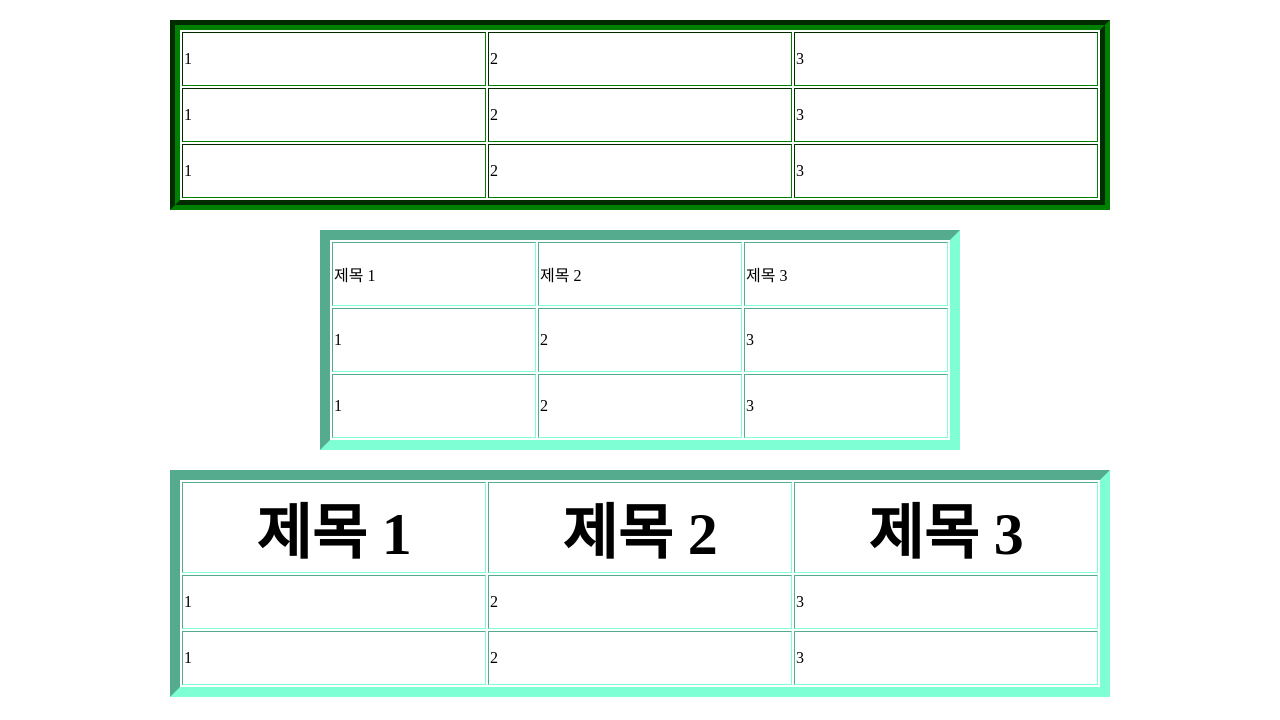
Repository: choidazzi/DDIT
Page: web programming/html/webpro/src/main/webapp/0420/table1.html
The author's editor kept a copy of each file at every save. The page is drawn from the files as they stood at one save, then again after the next save.
The browser window is 1280 px wide. The pictures show the whole page.

Above is the page before, as saved 2023-04-20 02:22:13.

### web programming/html/webpro/src/main/webapp/0420/table1.html
<!DOCTYPE html>
<html>
<head>
<meta charset="UTF-8">
<title>table 만들기1</title>

<style>

	table{
		border: 10px inset aquamarine;
		margin: 20px auto;
	}
	td{
		width: 300px;
		height: 50px;
		/* text-align: center; */
	}

	th{
		font-size: 60px;
	}
	#tab1{
		border: 10px groove green;
	}

	#tab2 td{ /*#tab2 > tbody > tr > td */ /* #tab2 tr td 모두 가능*/
		width: 200px;
		height: 60px;

	}
</style>
</head>
<body>
	<table border = "1" id = "tab1">
		<tr>
			<td>1</td>
			<td>2</td>
			<td>3</td>
		</tr>

		<tr>
			<td>1</td>
			<td>2</td>
			<td>3</td>
		</tr>

		<tr>
			<td>1</td>
			<td>2</td>
			<td>3</td>
		</tr>
	</table>

	<table border = "1" id = "tab2">
		<tr>
			<td>제목 1</td>
			<td>제목 2</td>
			<td>제목 3</td>
		</tr>

		<tr>
			<td>1</td>
			<td>2</td>
			<td>3</td>
		</tr>

		<tr>
			<td>1</td>
			<td>2</td>
			<td>3</td>
		</tr>
	</table>

	<table border = "1" id = "tab3">
		<tr>
			<th>제목 1</th> <!-- th는  -->
			<th>제목 2</th> <!-- text-align : center , font-weight: bold 기본임 -->
			<th>제목 3</th>
		</tr>

		<tr>
			<td>1</td>
			<td>2</td>
			<td>3</td>
		</tr>

		<tr>
			<td>1</td>
			<td>2</td>
			<td>3</td>
		</tr>
	</table>
</body>
</html>

After the next save:
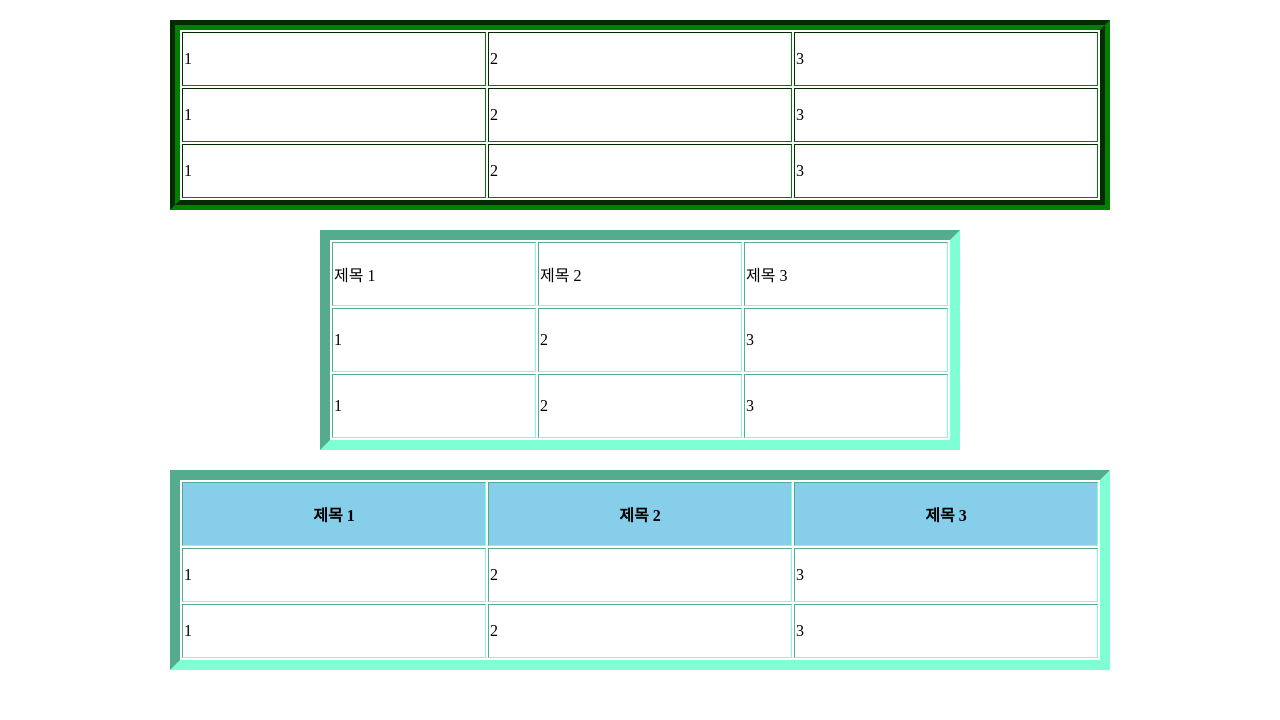
Saved 27 s later.
--- a/web programming/html/webpro/src/main/webapp/0420/table1.html
+++ b/web programming/html/webpro/src/main/webapp/0420/table1.html
@@ -17,7 +17,8 @@
 	}
 
 	th{
-		font-size: 60px;
+		height: 60px;
+		background: skyblue;
 	}
 	#tab1{
 		border: 10px groove green;
